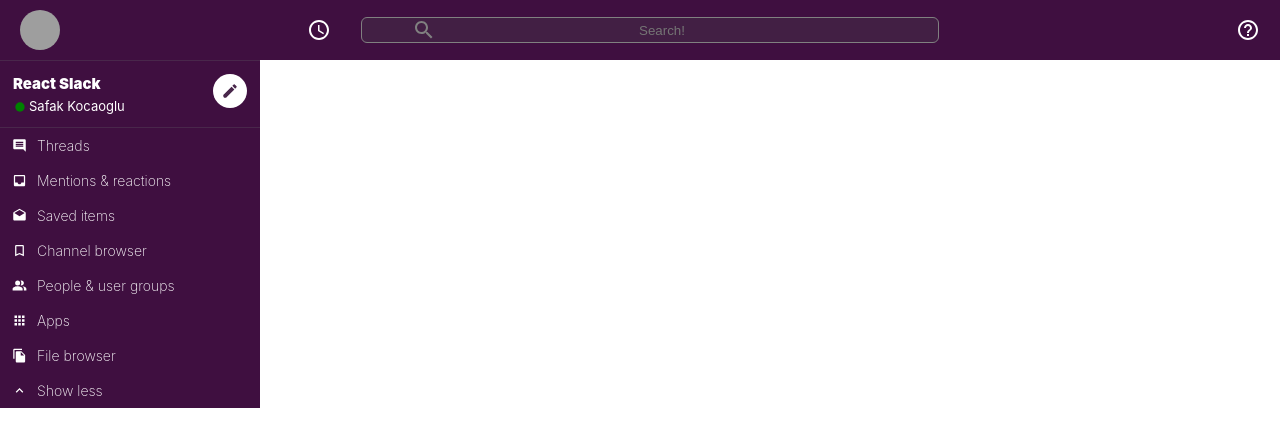
Repository: mminhaz93/React-Slack-Clone
Page: /
These files come from the project's save history. The page is drawn as it stood at one moment and after the next save; the edit follows.
The browser window is 1280 px wide. The pictures show the whole page.
Pictures or frames that could not be fetched are drawn as grey boxes. The project was rebuilt for these pictures with package versions that can differ from the ones it lists, and the page was loaded fresh each time.

Above is the page before, as saved 2020-08-13 21:29:34.

### src/index.css
* {
  margin: 0;
}

body {
  margin: 0;
  font-family: -apple-system, BlinkMacSystemFont, 'Segoe UI', 'Roboto', 'Oxygen',
    'Ubuntu', 'Cantarell', 'Fira Sans', 'Droid Sans', 'Helvetica Neue',
    sans-serif;
  -webkit-font-smoothing: antialiased;
  -moz-osx-font-smoothing: grayscale;
}

code {
  font-family: source-code-pro, Menlo, Monaco, Consolas, 'Courier New',
    monospace;
}

### src/App.js
import React from 'react';
import './App.css';
import Header from "./components/Header"
import Sidebar from "./components/Sidebar"

function App() {
  return (
    <div className="App">
      <Header />
      <div className="appBody">
        <Sidebar />
      </div>
    </div>
  );
}

export default App;

### src/components/Header.js
import React from "react";
import "./Header.css";
import { Avatar } from "@material-ui/core";
import { AccessTime, Search, HelpOutline } from "@material-ui/icons";

const Header = () => {
  return (
    <div className="header">
      <div className="headerLeft">
        <Avatar className="headerAvatar" alt="Safak" src="safak" />
        <AccessTime />
      </div>
      <div className="headerSearch">
        <Search />
        <input placeholder="Search!" />
      </div>
      <div className="headerRight">
        <HelpOutline />
      </div>
    </div>
  );
};

export default Header;

### src/components/Sidebar.js
import React from "react";
import "./Sidebar.css";
import {
  FiberManualRecord,
  Create,
  InsertComment,
  Inbox,
  Drafts,
  BookmarkBorder,
  PeopleAlt,
  Apps,
  FileCopy,
  ExpandLess,
} from "@material-ui/icons";
import SidebarOption from "./SidebarOption";

const Sidebar = () => {
  return (
    <div className="sidebar">
      <div className="sidebarHeader">
        <div className="sidebarInfo">
          <h2>React Slack</h2>
          <h3>
            <FiberManualRecord />
            Safak Kocaoglu
          </h3>
        </div>
        <Create />
      </div>
      <SidebarOption Icon={InsertComment} title="Threads" />
      <SidebarOption Icon={Inbox} title="Mentions & reactions" />
      <SidebarOption Icon={Drafts} title="Saved items" />
      <SidebarOption Icon={BookmarkBorder} title="Channel browser" />
      <SidebarOption Icon={PeopleAlt} title="People & user groups" />
      <SidebarOption Icon={Apps} title="Apps" />
      <SidebarOption Icon={FileCopy} title="File browser" />
      <SidebarOption Icon={ExpandLess} title="Show less" />
    </div>
  );
};

export default Sidebar;

### src/components/Header.css
.header {
  display: flex;
  align-items: center;
  justify-content: space-between;
  padding: 10px 0;
  background-color: var(--slack-color);
  color: white;
}

.headerLeft {
  flex: 0.3;
  display: flex;
  align-items: center;
  margin-left: 20px;
}

.headerLeft > .MuiSvgIcon-root {
  margin-left: auto;
  margin-right: 30px;
}

.headerSearch {
  flex: 0.4;
  background-color: #421f44;
  text-align: center;
  display: flex;
  padding: 0 50px;
  color: gray;
  border: 1px solid gray;
  border-radius: 6px;
}

.headerSearch > input {
  background-color: transparent;
  border: none;
  text-align: center;
  min-width: 35vw;
}

.headerRight {
  flex: 0.3;
  display: flex;
  align-items: flex-end;
}

.headerRight > .MuiSvgIcon-root {
    margin-left: auto;
    margin-right: 20px;
  }

### src/components/Sidebar.css
.sidebar {
  background-color: var(--slack-color);
  border-top: 1px solid #49274b;
  max-width: 260px;
  color: white;
}

.sidebarHeader {
  display: flex;
  border-bottom: 1px solid #49274b;
  padding-bottom: 10px;
  padding: 13px;
}

.sidebarInfo {
  flex: 1;
}

.sidebarInfo > h2 {
  font-size: 15px;
  font-weight: 900;
  margin-bottom: 5px;
}

.sidebarInfo > h3 {
  display: flex;
  align-items: center;
  font-size: 13px;
  font-weight: 400;
}

.sidebarInfo > h3 > .MuiSvgIcon-root {
  font-size: 14px;
  margin-top: 1px;
  margin-right: 2px;
  color: green;
}

.sidebarHeader > .MuiSvgIcon-root {
  padding: 8px;
  color: #49274b;
  font-size: 18px;
  background-color: white;
  border-radius: 999px;
}

### src/components/SidebarOption.js
import React from "react";
import "./SidebarOption.css";

const SidebarOption = ({ Icon, title }) => {
  return (
    <div className="sidebarOption">
      {Icon && <Icon className="sidebarOptionIcon" />}
      {Icon ? <h3>{title}</h3> : <h3 className="SidebarOptionChannel"><span className="SidebarOptionHash">#</span> {title}</h3>}
    </div>
  );
};

export default SidebarOption;

### src/components/SidebarOption.css
.sidebarOption {
  display: flex;
  align-items: center;
  font-size: 12px;
  padding-left: 2px;
  cursor: pointer;
}

.sidebarOption:hover {
  opacity: 0.9;
  background-color: #340e36;
}

.sidebarOptionIcon {
  padding: 10px;
  font-size: 15px !important;
}

.SidebarOptionChannel {
  padding: 10px 0;
}

.SidebarOptionHash{
    padding: 10px;
}

.sidebarOption > h3 {
    font-weight: 200;
}

Loaded but not shown: public/index.html (common file); src/index.js (common file); src/serviceWorker.js (common file); src/App.css (common file)

After the next save:
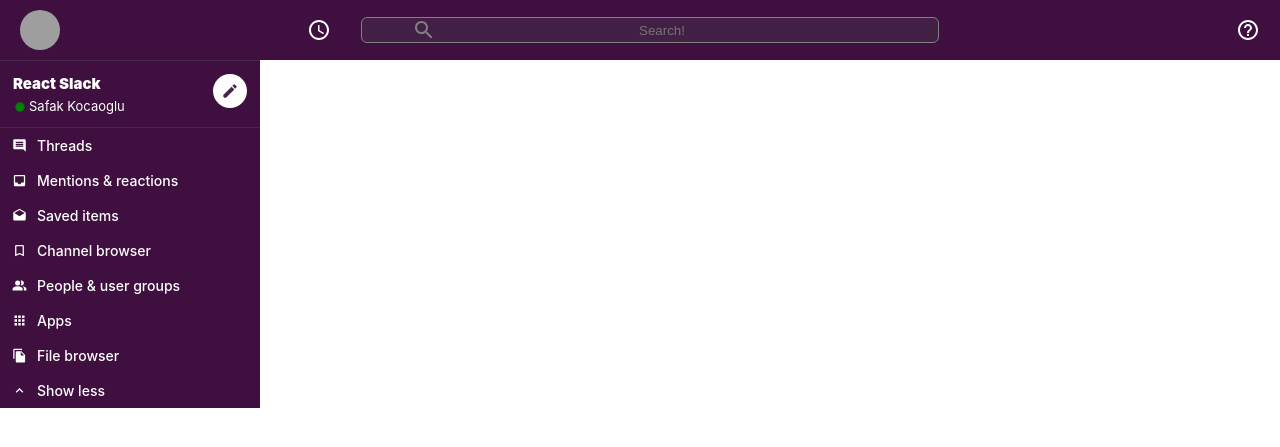
Saved 4 s later.
--- a/src/components/SidebarOption.css
+++ b/src/components/SidebarOption.css
@@ -25,5 +25,5 @@
 }
 
 .sidebarOption > h3 {
-    font-weight: 200;
+    font-weight: 500;
 }
